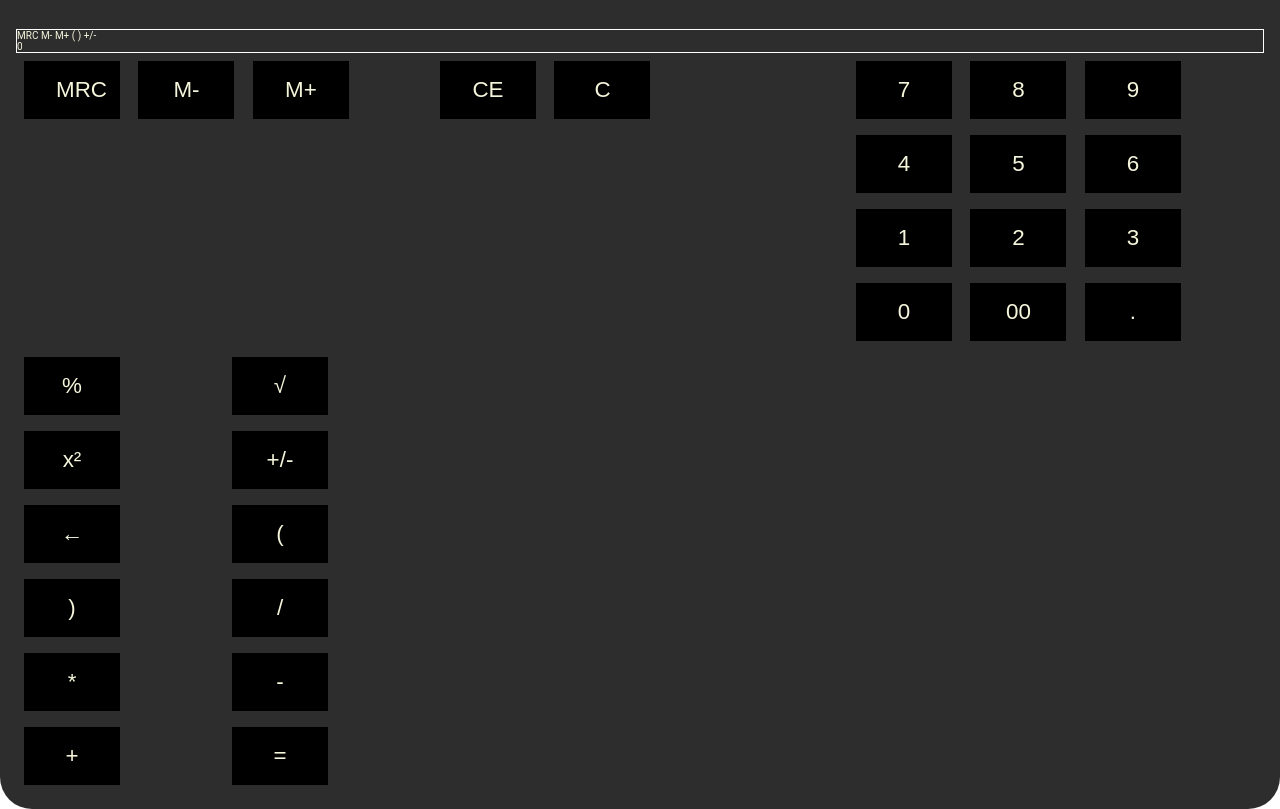
Repository: Denis793/CalculatorNew
Page: index.html
The author's editor kept a copy of each file at every save. The page is drawn from the files as they stood at one save, then again after the next save.
The browser window is 1280 px wide. The pictures show the whole page.
The style sheet was rebuilt from its Sass, Less or Tailwind sources for each picture, by a compiler version that may differ from the author's.

Above is the page before, as saved 2025-05-17 18:13:57.

After the next save:
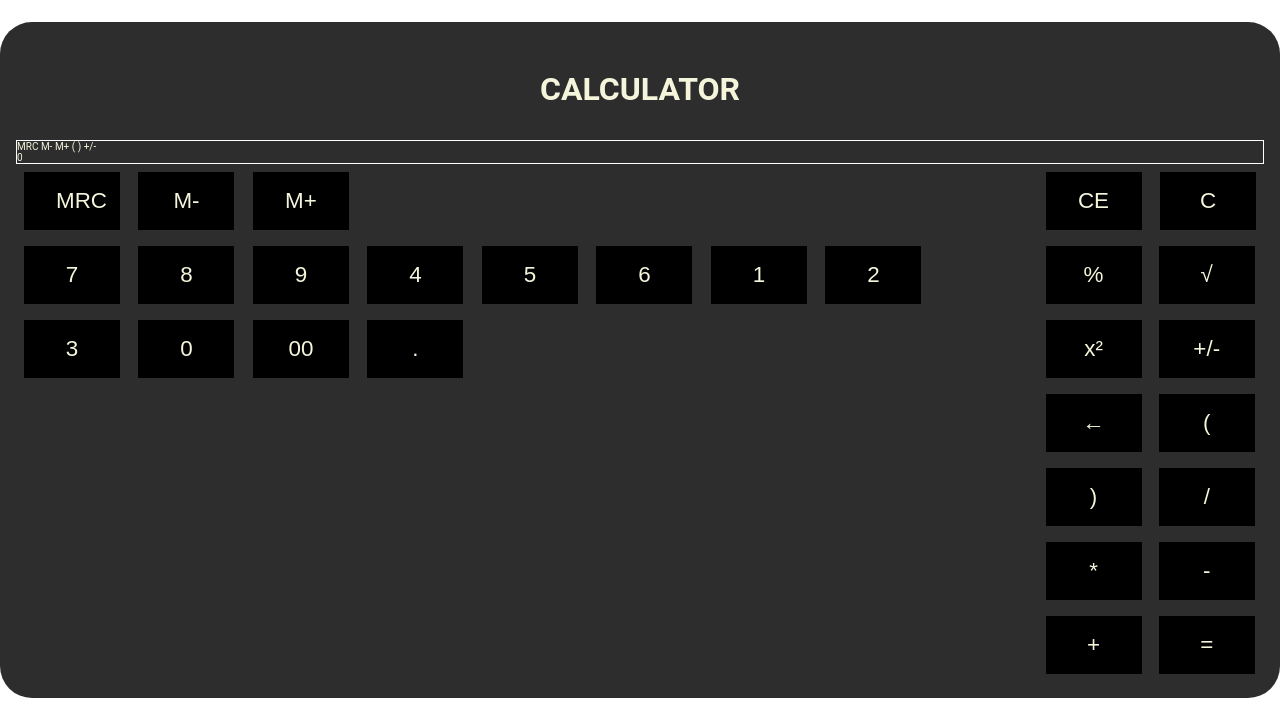
Saved 7 s later.
--- a/app/style/scss/main.scss
+++ b/app/style/scss/main.scss
@@ -35,7 +35,7 @@ button {
   grid-template-areas:
     'memoryBtn cleanBtn'
     'operationsBtn numbersBtn';
-  grid-template-columns: repeat(3, 1fr);
+  grid-template-columns: repeat(1, 1fr);
 }
 
 .memoryBtn {
